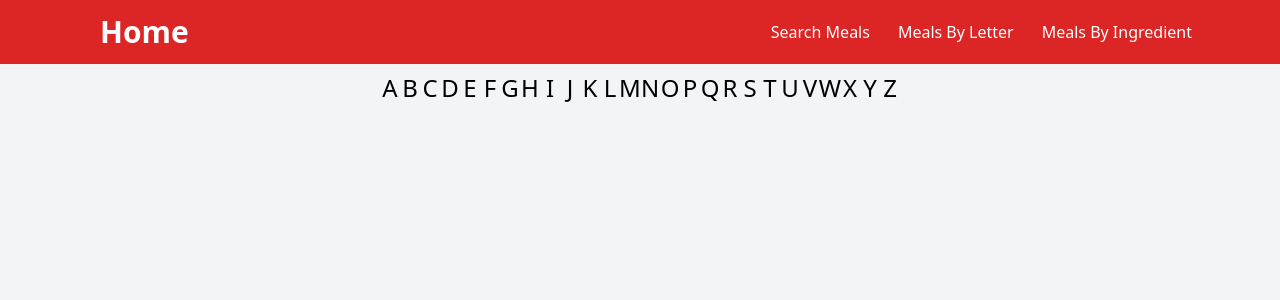
Repository: HalemX/meals
Page: /by-letter
These files come from the project's save history. The page is drawn as it stood at one moment and after the next save; the edit follows.
The browser window is 1280 px wide. The pictures show the whole page.
The project was rebuilt for these pictures with package versions that can differ from the ones it lists, and the page was loaded fresh each time. Also part of the build but not shown: vite.config.js, src/components/ui/BaseButtons.vue, src/pages/home/HomePage.vue, src/components/layout/GuestLayout.vue, src/pages/meals/MealsByIngredient.vue, src/pages/meals/MealsByName.vue, src/components/meals_components/MealDetails.vue, src/pages/meals/AllIngredients.vue.

Above is the page before, as saved 2024-02-12 17:34:37.

### index.html
<!DOCTYPE html>
<html lang="en">
  <head>
    <meta charset="UTF-8" />
    <link rel="icon" type="image/svg+xml" href="/vite.svg" />
    <meta name="viewport" content="width=device-width, initial-scale=1.0" />
    <title>Vite + Vue</title>
  </head>
  <body class="bg-gray-100 h-full">
    <div id="app"></div>
    <script type="module" src="/src/main.js"></script>
  </body>
</html>

### src/main.js
import { createApp } from "vue";

import router from "./router";
import store from "./store";
import "./style.css";

import App from "./App.vue";

const app = createApp(App);
app.use(router);
app.use(store);

app.mount("#app");

### src/router/index.js
import { createRouter, createWebHistory } from "vue-router";

import HomePage from "../pages/home/HomePage.vue";

import DefaultLayout from "../components/layout/DefaultLayout.vue";
import GuestLayout from "../components/layout/GuestLayout.vue";

import MealsByIngredient from "../pages/meals/MealsByIngredient.vue";
import MealsByLetters from "../pages/meals/MealsByLetters.vue";
import MealsByName from "../pages/meals/MealsByName.vue";
import MealDetails from "../components/meals_components/MealDetails.vue";
import AllIngredients from "../pages/meals/AllIngredients.vue";

const routes = [
  {
    path: "/",
    component: DefaultLayout,
    children: [
      {
        path: "/",
        name: "home",
        component: HomePage,
      },
      {
        path: "/by-letter/:letter?",
        name: "byLetter",
        component: MealsByLetters,
      },
      {
        path: "/by-name/:name?",
        name: "byName",
        component: MealsByName,
      },
      {
        path: "/ingredients",
        name: "ingredients",
        component: AllIngredients,
      },
      {
        path: "/by-ingredient/:ingredient",
        name: "byIngredient",
        component: MealsByIngredient,
      },
      {
        path: "/meal/:id",
        name: "mealDetails",
        component: MealDetails,
      },
    ],
  },
  {
    path: "/guest",
    component: GuestLayout,
    children: [],
  },
];

const router = createRouter({
  history: createWebHistory(),
  routes,
});

export default router;

### src/store/index.js
import { createStore } from "vuex";

import mealsModule from "./modules/meals/index";

const store = createStore({
  modules: {
    mealsModule,
  },
});

export default store;

### src/App.vue
<template>
  <router-view v-slot="slotProps">
    <transition name="route" mode="out-in">
      <component :is="slotProps.Component"></component>
    </transition>
  </router-view>
</template>

<style scoped>
.route-enter-from {
  opacity: 0;
  transform: translateY(-30px);
}
.route-leave-to {
  opacity: 0;
  transform: translateY(30px);
}
.route-enter-active {
  transition: all 0.4s ease-out;
}
.route-enter-active {
  transition: all 0.4s ease-in;
}
.route-enter-to,
.route-leave-from {
  opacity: 1;
  transform: translateY(0);
}
</style>

### src/components/layout/DefaultLayout.vue
<template>
  <div>
    <navbar />
    <main>
      <router-view v-slot="slotProps">
        <transition name="route" mode="out-in">
          <component :is="slotProps.Component"></component>
        </transition>
      </router-view>
    </main>
  </div>
</template>

<script>
import Navbar from "./Navbar.vue";
export default {
  components: {
    Navbar,
  },
};
</script>

<style>
.route-enter-from {
  opacity: 0;
  transform: translateY(-30px);
}
.route-leave-to {
  opacity: 0;
  transform: translateY(30px);
}
.route-enter-active {
  transition: all 0.4s ease-out;
}
.route-enter-active {
  transition: all 0.4s ease-in;
}
.route-enter-to,
.route-leave-from {
  opacity: 1;
  transform: translateY(0);
}
</style>

### src/pages/meals/MealsByLetters.vue
<template>
  <div class="lg:mx-20">
    <div class="flex gap-1 justify-center">
      <router-link
        :to="{ name: 'byLetter', params: { letter } }"
        v-for="letter in letters"
        :key="letter"
        class="w-2 h-2 flex items-center justify-center hover:text-[#dc2626] mx-1 hover:scale-150 transition-all mt-5 text-2xl"
      >
        {{ letter }}</router-link
      >
    </div>
    <transition name="route" mode="out-in">
      <meals-item
        :class="{ animate: update }"
        :meals="mealsByLetter"
      ></meals-item>
    </transition>
  </div>
</template>

<script>
import MealsItem from "../../components/meals_components/MealsItem.vue";

import { computed, watch, ref } from "vue";
import { useStore } from "vuex";
import { useRoute } from "vue-router";

export default {
  components: {
    MealsItem,
  },
  setup() {
    const store = useStore();
    const update = ref(false);

    const rout = useRoute();

    async function searchMealsLetter() {
      update.value = true;
      try {
        await store.dispatch("searchMealsLetter", rout.params.letter);
      } catch (error) {
        error = error.message || "Something failed";
      }
      update.value = false;
    }

    watch(rout, () => {
      searchMealsLetter();
    });

    const mealsByLetter = computed(() => {
      return store.getters.getSearchMealsByLetter;
    });

    const letters = "ABCDEFGHIJKLMNOPQRSTUVWXYZ".split("");

    return { letters, mealsByLetter, update };
  },
};
</script>

<style scoped>
.animate {
  animation: animation 0.9s ease-in;
}

@keyframes animation {
  40% {
    opacity: 0;
    transform: scale(0.3);
    transform: translateY(-30px);
  }
  50% {
    opacity: 0.3;
    transform: scale(0.5);
    transition: all 0.9s ease-out;
  }
  70% {
    opacity: 0.5;
    transform: scale(0.7);
    transition: all 0.9s ease-out;
  }
  80% {
    opacity: 1;
    transform: translateY(0);
  }
}
</style>

### src/store/modules/meals/index.js
import mutations from "./mutations";
import actions from "./actions";
import getters from "./getters";

export default {
  state() {
    return {
      searchMealsByName: [],
      searchMealsByLetter: [],
      searchMealsByIng: [],
    };
  },
  mutations,
  actions,
  getters,
};

### src/axiosClient.js
import axios from "axios";

const axiosClient = axios.create({
  baseURL: import.meta.env.VITE_API_BASE_URL,
});

export default axiosClient;

### src/components/meals_components/MealsItem.vue
<template>
  <div class="grid grid-cols-1 md:grid-cols-3 gap-5 p-8">
    <div
      v-for="meal of meals"
      :key="meal.idMeal"
      class="bg-white shadow rounded-xl hover:scale-105 transition-all"
    >
      <router-link :to="{ name: 'mealDetails', params: { id: meal.idMeal } }">
        <img
          :src="meal.strMealThumb"
          :alt="meal.strMeal"
          class="rounded-t-xl w-full h-48 object-cover"
        />
      </router-link>
      <div class="p-3">
        <h3 class="font-bold">{{ meal.strMeal }}</h3>
        <p class="mb-4">
          Lorem ipsum dolor sit, amet consectetur adipisicing elit. Repellendus
          dicta saepe.
        </p>
      </div>
      <div class="flex items-center justify-between">
        <base-buttons :href="meal.strYoutube"></base-buttons>
      </div>
    </div>
  </div>
</template>

<script>
import BaseButtons from "../ui/BaseButtons.vue";

export default {
  components: {
    BaseButtons,
  },
  props: ["meals"],
};
</script>

### src/components/layout/Navbar.vue
<template>
  <div class="bg-[#dc2626]">
    <header
      class="text-white shadow h-16 flex justify-between items-stretch bg-[#dc2626] md:mx-20"
    >
      <router-link
        class="text-3xl inline-flex items-center h-full px-5 font-bold"
        :to="{ name: 'home' }"
        >Home</router-link
      >
      <div class="flex items-center gap-3">
        <router-link
          class="inline-flex items-center px-2 h-full transition-colors hover:bg-[#ef4444]"
          :to="{ name: 'byName' }"
          >Search Meals</router-link
        >
        <router-link
          class="inline-flex items-center px-2 h-full transition-colors hover:bg-[#f87171]"
          :to="{ name: 'byLetter' }"
          >Meals By Letter</router-link
        >
        <router-link
          class="inline-flex items-center px-2 h-full transition-colors hover:bg-[#f87171]"
          :to="{ name: 'ingredients' }"
          >Meals By Ingredient</router-link
        >
      </div>
    </header>
  </div>
</template>

<script>
export default {};
</script>

<style scoped>
header {
  box-shadow: none !important;
}
</style>

### src/store/modules/meals/mutations.js
export default {
  setSearchMealsByName(state, meals) {
    state.searchMealsByName = meals;
  },
  setSearchMealsByLetter(state, meals) {
    state.searchMealsByLetter = meals;
  },
  setSearchMealsByIng(state, meals) {
    state.searchMealsByIng = meals;
  },
};

### src/store/modules/meals/actions.js
import axiosClient from "../../../axiosClient";

export default {
  async searchMealsByName(context, enterName) {
    const response = await axiosClient.get(`search.php?s=${enterName}`);

    const responseData = await response.data;

    context.commit("setSearchMealsByName", responseData.meals);
  },

  async searchMealsLetter(context, letter) {
    const response = await axiosClient.get(`search.php?f=${letter}`);

    const responseData = await response.data;

    context.commit("setSearchMealsByLetter", responseData.meals);
  },

  async searchMealsByIng(context, enterIng) {
    const response = await axiosClient.get(`filter.php?i=${enterIng}`);

    const responseData = await response.data;

    context.commit("setSearchMealsByIng", responseData.meals);
  },

  //   async fetchMeals(context) {
  //     const response = await fetch(
  //       "https://www.themealdb.com/api/json/v1/1/search.php?s=Arrabiata"
  //     );
  //     const responseData = await response.json();
  //     if (!response.ok) {
  //       const error = new Error(responseData.message || "Failed to fetch Meals");
  //       throw error;
  //     }
  //     // console.log(responseData.meals);
  //     // const meals = [];
  //     // for (const key in responseData) {
  //     //   const request = {
  //     //     id: key,
  //     //     coachId: coachId,
  //     //     userEmail: responseData[key].userEmail,
  //     //     message: responseData[key].message,
  //     //   };
  //     //   requests.push(request);
  //     // }
  //     context.commit("setMeals", responseData.meals.slice(0, 5));
  //   },
};

### src/store/modules/meals/getters.js
export default {
  getSearchMealsByName(state) {
    return state.searchMealsByName;
  },
  getSearchMealsByLetter(state) {
    return state.searchMealsByLetter;
  },
  getSearchMealsByIng(state) {
    return state.searchMealsByIng;
  },
};

### tailwind.config.js
/** @type {import('tailwindcss').Config} */
export default {
  content: ["./index.html", "./src/**/*.{vue,js,ts,jsx,tsx}"],
  theme: {
    extend: {},
  },
  plugins: [
    require("@tailwindcss/forms"),
    // ...
  ],
};

Loaded but not shown: src/style.css (common file)

After the next save:
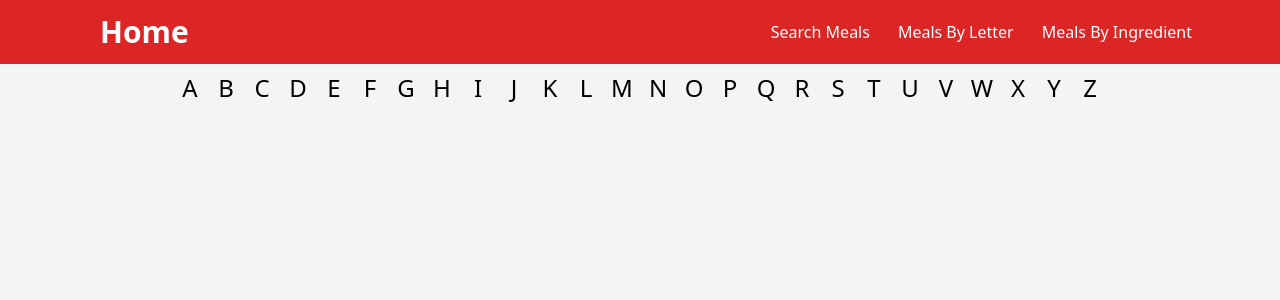
Saved 7 s later.
--- a/src/pages/meals/MealsByLetters.vue
+++ b/src/pages/meals/MealsByLetters.vue
@@ -5,7 +5,7 @@
         :to="{ name: 'byLetter', params: { letter } }"
         v-for="letter in letters"
         :key="letter"
-        class="w-2 h-2 flex items-center justify-center hover:text-[#dc2626] mx-1 hover:scale-150 transition-all mt-5 text-2xl"
+        class="w-2 h-2 flex items-center justify-center hover:text-[#dc2626] mx-3 hover:scale-150 transition-all mt-5 text-2xl"
       >
         {{ letter }}</router-link
       >
